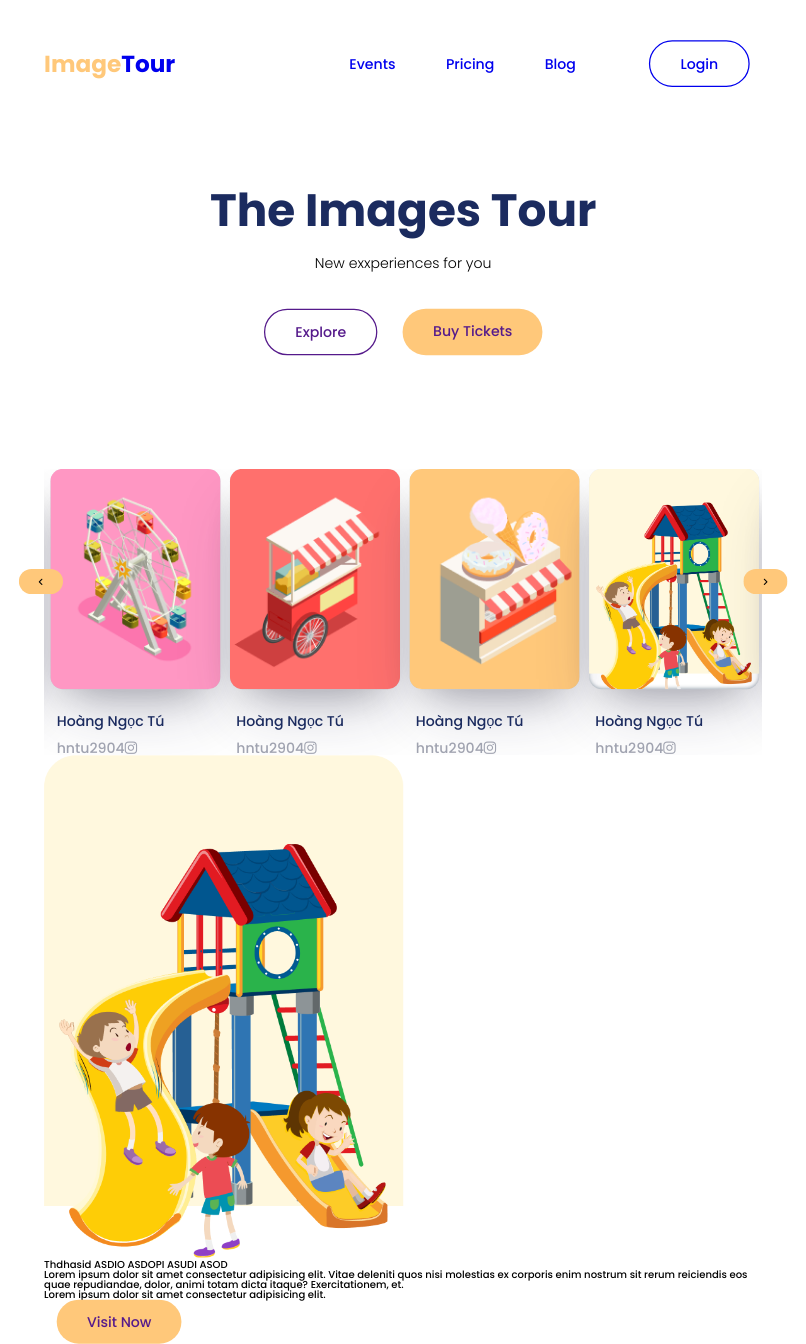
Repository: lausamtuong/Cut-psd-to-html
Page: index.html
The author's editor kept a copy of each file at every save. The page is drawn from the files as they stood at one save, then again after the next save.
The browser window is 1280 px wide. The pictures show the whole page, at 63% of full size.
Some web libraries are served in a nearby version. The style sheet was rebuilt from its Sass, Less or Tailwind sources for each picture, by a compiler version that may differ from the author's.

Above is the page before, as saved 2021-12-07 08:27:02.

After the next save:
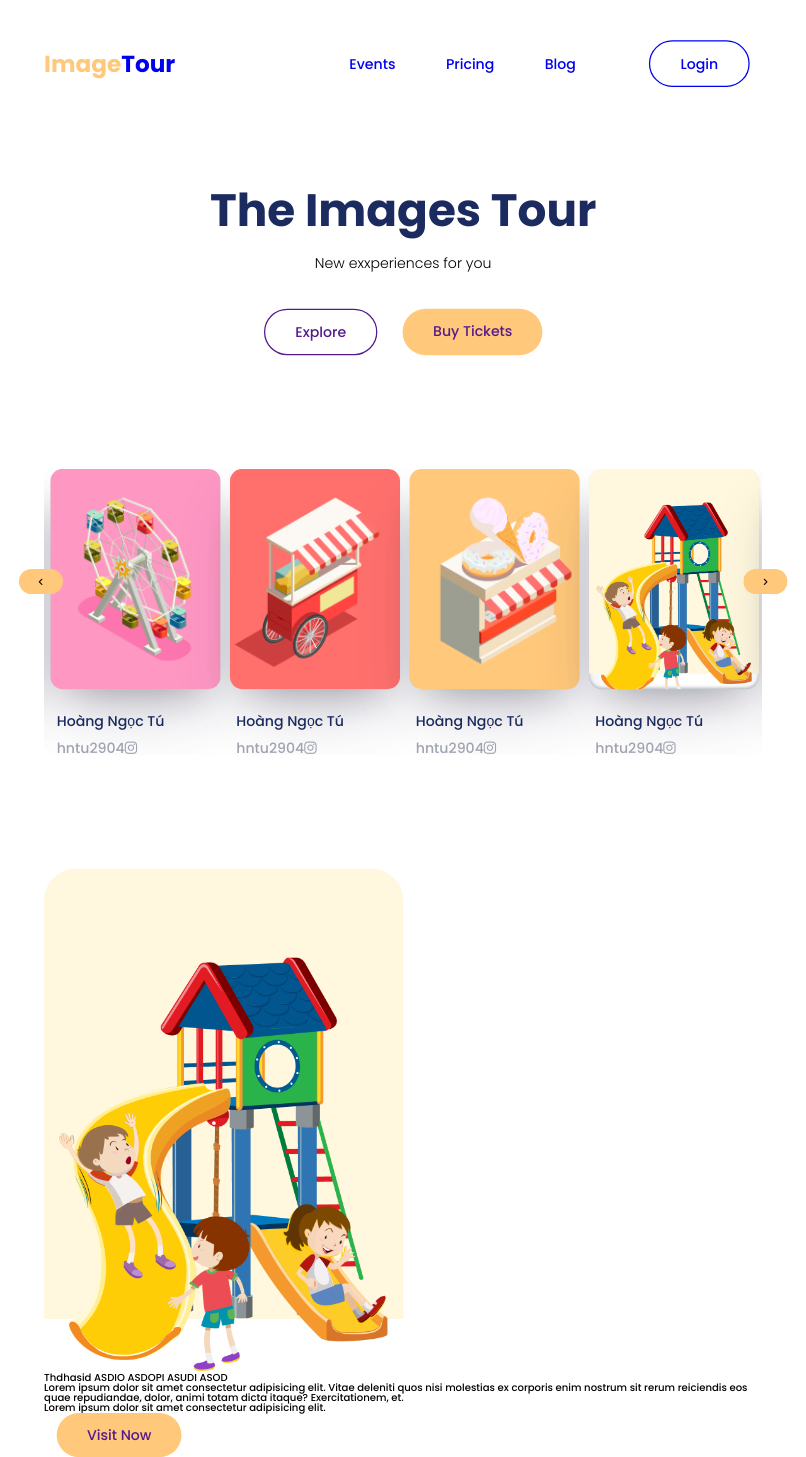
Saved 4 min 40 s later.
--- a/style.scss
+++ b/style.scss
@@ -12,9 +12,7 @@
 .container{
     padding: 0 70px;
     max-width: 1500px;
-
     margin: 0 auto;
-
 }
 .header{
     padding-top: 4rem;
@@ -22,7 +20,6 @@
         display: flex;
         justify-content:space-between;
         align-items: center;
-
     }
     &__menu{
         &-list{
@@ -64,7 +61,6 @@
         color:$text-color;
         font-weight: 900;
         margin-bottom: 2rem;
-
     }
     &__decs{
         font-size: 1.4rem;
@@ -77,9 +73,7 @@
         display: flex;
         justify-content: center;
     }
-
 }
-
 .btn{
     outline: none;
     margin: 0 20px;
@@ -129,13 +123,7 @@
         color:$text-color;
     }
 }
-.slick-prev{
-
-
-    left:-40px;
-
-
-}
+.slick-prev{left:-40px;}
 .slick-arrow{
     position: absolute;
     height:40px;
@@ -146,10 +134,10 @@
     border: none;
     font-weight: 600;
     cursor: pointer;
-    border-radius: 30px;
-
-}
+    border-radius: 30px}
 .slick-next{
     right:-40px;
-
 }
+.fearture{
+    padding-top:180px;
+}
